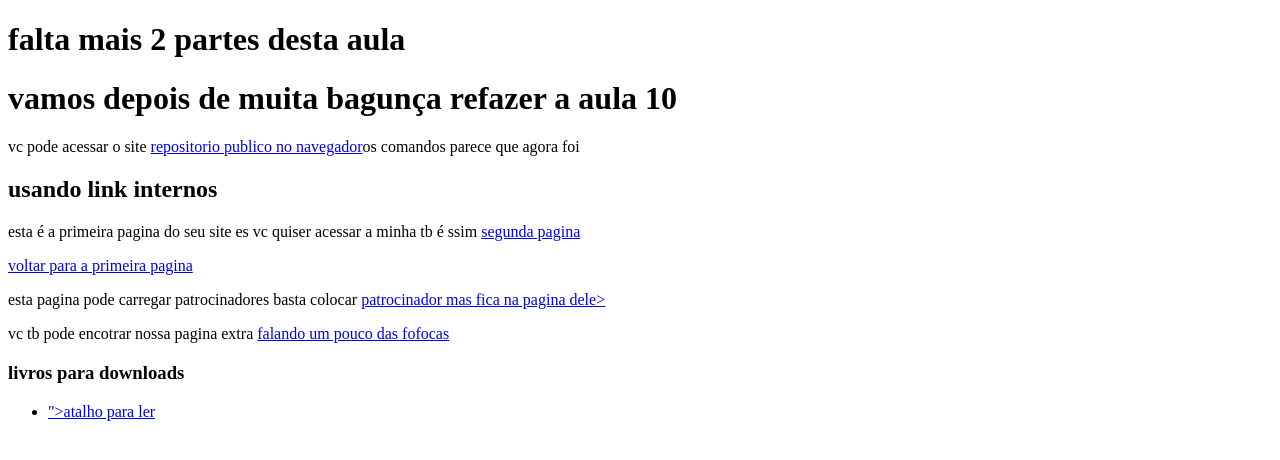
Repository: DorivalJunior14/exercicios
Page: aula10.html/pagoo2.html
The author's editor kept a copy of each file at every save. The page is drawn from the files as they stood at one save, then again after a run of saves.
The browser window is 1280 px wide. The pictures show the whole page.

Above is the page before, as saved 2020-12-08 11:29:19.

After the next 2 saves:
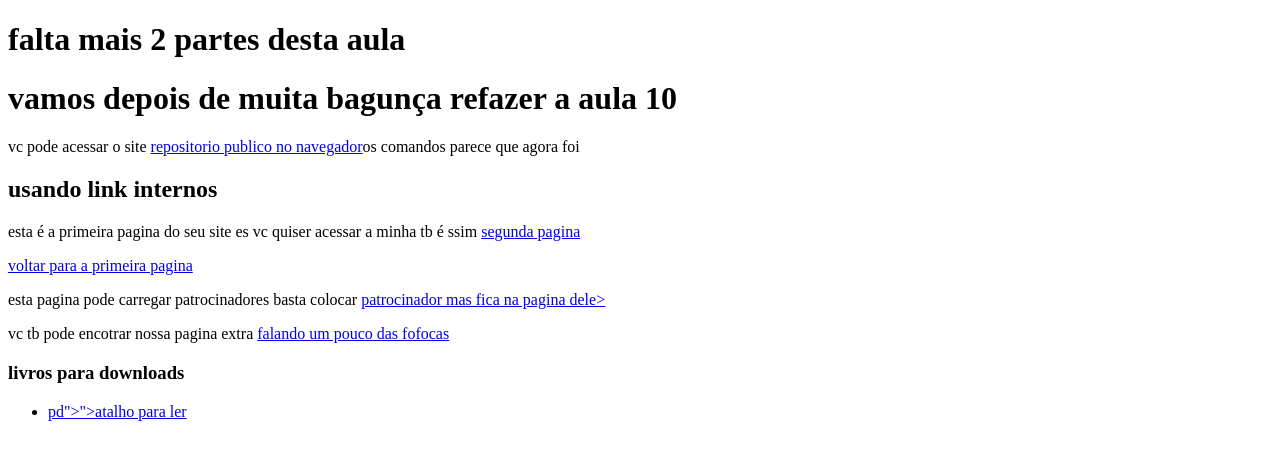
The 2 saves are shown as one change because they came seconds apart.
The last was saved 20 s later.
--- a/aula10.html/pagoo2.html
+++ b/aula10.html/pagoo2.html
@@ -17,7 +17,7 @@
   <p>vc tb pode encotrar nossa pagina extra <a href="noticias/pag003.html">falando um pouco das fofocas </a></p>
   <h3>livros para downloads</h3>
   <ul>
-    <li><a href="meulivro/empdf>"download="meulivro/atalho type="application.pd">">atalho para ler</a></li>
+    <li><a href="meulivro/empdf>"download="meulivro/atalho type="application/>pd">">atalho para ler</a></li>
 
 </ul>
   </body>

After the save that followed:
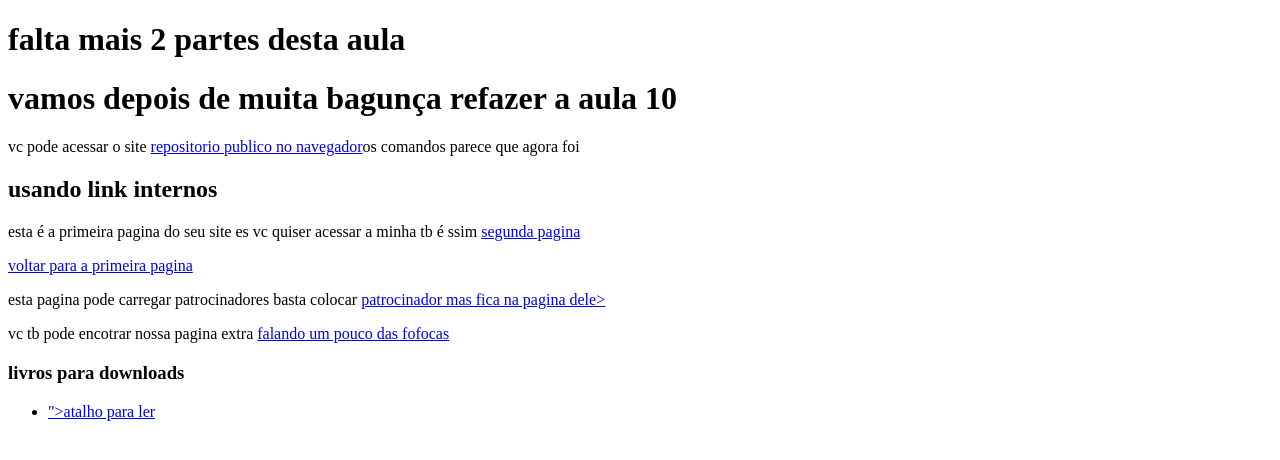
Saved 5 s later.
--- a/aula10.html/pagoo2.html
+++ b/aula10.html/pagoo2.html
@@ -17,7 +17,7 @@
   <p>vc tb pode encotrar nossa pagina extra <a href="noticias/pag003.html">falando um pouco das fofocas </a></p>
   <h3>livros para downloads</h3>
   <ul>
-    <li><a href="meulivro/empdf>"download="meulivro/atalho type="application/>pd">">atalho para ler</a></li>
+    <li><a href="meulivro/empdf>"download="meulivro/atalho type="application/pd">">atalho para ler</a></li>
 
 </ul>
   </body>
